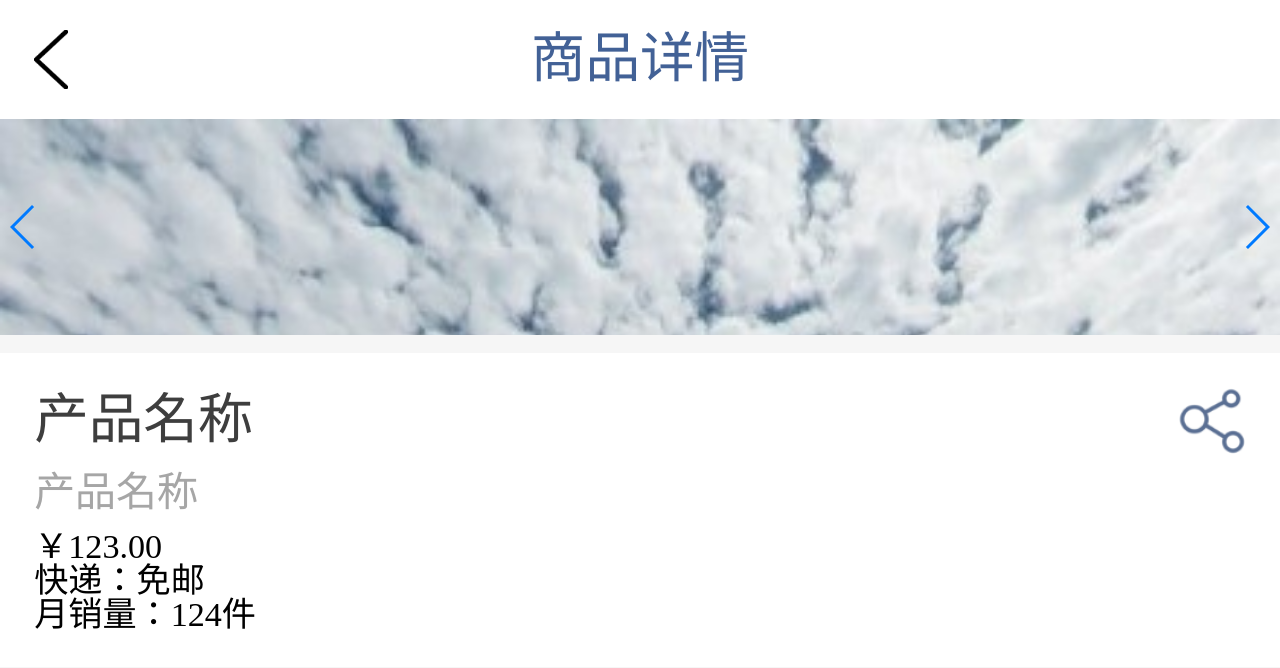
Repository: 421538074/sell
Page: consumer/goods-detail.html
An editor plug-in stored every save of this project. The page is shown before and after the next save, followed by the edit.
The browser window is 1280 px wide. The pictures show the whole page.

Above is the page before, as saved 2019-05-30 10:38:53.

### consumer/goods-detail.html
<!DOCTYPE html>
<html lang="en">

<head>
    <meta charset="UTF-8">
    <meta name="viewport" content="width=device-width, initial-scale=1.0">
    <meta http-equiv="X-UA-Compatible" content="ie=edge">
    <title>商品详情</title>
    <link rel="stylesheet" href="../css/base.css">
    <link rel="stylesheet" href="css/common.css">
    <link rel="stylesheet" href="../css/swiper.min.css">
    <link rel="stylesheet" href="css/goods-detail.css">
</head>

<body>
    <div id="app" class="content">
        <nav class="nav-bar-wrapper">
            <img src="../img/back.png" class="back-icon">
            <p class="nav-bar-title">商品详情</p>
        </nav>
        <div class="goods-pictures-wrapper">
            <div class="swiper-container ">
                <div class="swiper-wrapper">
                    <div class="swiper-slide" v-for="item in 5">
                        <img src="../img/1.jpg" class="slide-img" alt="">
                    </div>
                </div>
                <div class="swiper-button-next"></div>
                <div class="swiper-button-prev"></div>
            </div>
        </div>
        <div class="goods-detail-wrapper">
            <p class="main-title-wrapper">
                <span class="goods-title">产品名称</span>
                <img src="../img/share-icon.png" class="share-action-icon">
            </p>
            <p class="goods-title-desc">产品名称</p>
            <div class="goods-price-delivery">
                <p class="goods-price">￥123.00</p>
                <p class="delivery-fee">快递：免邮</p>
                <p class="sell-counts-month">月销量：124件</p>
            </div>
        </div>
    </div>
    <script src="../js/api.js"></script>
    <script src="../js/vue.js"></script>
    <script src="../js/swiper.min.js"></script>
    <script src="js/vue-mixin.js"></script>
    <script src="js/goods-detail.js"></script>
</body>

</html>

### css/base.css
/* http://meyerweb.com/eric/tools/css/reset/
   v2.0 | 20110126
   License: none (public domain)
*/

html,
body,
div,
span,
applet,
object,
iframe,
h1,
h2,
h3,
h4,
h5,
h6,
p,
blockquote,
pre,
a,
abbr,
acronym,
address,
big,
cite,
code,
del,
dfn,
em,
img,
ins,
kbd,
q,
s,
samp,
small,
strike,
strong,
sub,
sup,
tt,
var,
b,
u,
i,
center,
dl,
dt,
dd,
ol,
ul,
li,
fieldset,
form,
label,
legend,
table,
caption,
tbody,
tfoot,
thead,
tr,
th,
td,
article,
aside,
canvas,
details,
embed,
figure,
figcaption,
footer,
header,
hgroup,
menu,
nav,
output,
ruby,
section,
summary,
time,
mark,
audio,
video {
    margin: 0;
    padding: 0;
    border: 0;
    font-size: 100%;
    font: inherit;
    vertical-align: baseline;
}

/* HTML5 display-role reset for older browsers */
article,
aside,
details,
figcaption,
figure,
footer,
header,
hgroup,
menu,
nav,
section {
    display: block;
}

body {
    line-height: 1;
}

ol,
ul {
    list-style: none;
}

blockquote,
q {
    quotes: none;
}

blockquote:before,
blockquote:after,
q:before,
q:after {
    content: '';
    content: none;
}

table {
    border-collapse: collapse;
    border-spacing: 0;
}


body,
html {
    font-size: calc(100vw / 37.5);
    font-family: PingFangSC-Medium;
    background: #F2F2F2;
}


[v-cloak] {
    display: none;
}


hr {
    margin: 0;
    padding: 0;
}

.clearfix {
    zoom: 1;
}

.clearfix:after {
    content: ".";
    display: block;
    visibility: hidden;
    height: 0;
    clear: both;
}

[v-cloak] {
    display: none;
}

### consumer/css/common.css
*{
    box-sizing: border-box;
}
html,body{
    background: #f6f6f6;
}
html,body,div.content{
    height: 100%;
}
/*底部菜单栏*/
nav.tool-bar-wrapper {
    height: 3rem;
    background: #ffffff;
    display: flex;
    align-items: center;
    justify-content: space-around;
}
a.nav-item {
    color: #888888;
    text-decoration: none;
    font-size: 1.5rem;
    display: flex;
    flex-direction: column;
    align-items: center;
    justify-content: space-around;
    height: 90%;
}
a.nav-item.active{
    color: #0093FF;
}
img.nav-item-icon{
    width: 1.5rem;
    height: 1.5rem;
}
.ellipsis{
    overflow: hidden;
    white-space: nowrap;
    text-overflow: ellipsis;
}
/*顶部返回栏 */
nav.nav-bar-wrapper {
    background: #FFFFFF;
    height: 3.5rem;
    display: flex;
    align-items: center;
    justify-content: space-around;
    position: relative;
    font-size: 1.6rem;
    color: #426196;
}
img.back-icon {
    position: absolute;
    width: 1rem;
    left: 1rem;
}

### consumer/css/goods-detail.css
.goods-pictures-wrapper ,.swiper-container{
    max-height: 30vh;
    overflow: hidden;
}
img.slide-img{
    width: 100%;
    height: 100%;
}
.swiper-button-next, .swiper-button-prev,
.swiper-button-prev, .swiper-container-rtl .swiper-button-next{
    outline: 0;
}
.goods-detail-wrapper {
    margin-top: 0.5rem;
    background: #ffffff;
    padding: 1rem;
}
p.main-title-wrapper {
    color: #3E3E3E;
    font-size: 1.6rem;
    display: flex;
    align-items: center;
    justify-content: space-between;
}
img.share-action-icon {
    width: 2rem;
}
p.goods-title-desc {
    font-size: 1.2rem;
    color: #A6A6A6;
    padding: 0.5rem 0;
}

### js/api.js



// window.warn = {
//     alert: function alert(msg) {
//         var template = `
// `
//         $('body').append(template);
//         $('.alert-body').animate({
//             top: "40px"
//         }, 200);
//         // setTimeout(function () {
//         //     warn.close();
//         // }, 1500);
//     },
//     close: function close() {
//         $('.alert-body').animate({
//             top: "-280px"
//         }, 200);
//         setTimeout(function () {
//             $('#alert-msg').remove();
//         }, 200);
//     }
// };

### consumer/js/vue-mixin.js
Vue.mixin({
    methods: {
        /**
         * 返回
         */
        back() {
            history.go(-1);
        },
        /**
         * 限制长度
         * @param {String} 要限制长度的字段
         * @param {Number} 长度
         */
        limitLength(key, length) {
            this[key] = this[key].substring(0, length);
        },
        /**
         * 验证11位手机号
         * @param {Number} phone
         */
        validatePhone(phone) {
            const phoneReg = /^[1-9][0-9]{9}[0-9]$/;
            return phoneReg.test(phone);
        },
        /**
         * 发送手机验证码
         * @param {Number} waitTimeKey 等待时间键名
         * @param {String} tipsKey 发送验证码显示的信息的键名
         * @param {String} phoneKey 手机号键名
         * @param {String} reSendMsg  按钮默认显示的文字
         */
        sendCode(waitTimeKey, tipsKey, phoneKey, defaultMsg) {
            if (!this.validatePhone(this[phoneKey])) {
                alert('无效手机号!');
                return;
            }
            if (this[waitTimeKey] == 60) {
                $.post('', {
                        phone: this[phoneKey]
                    }, (res) => {
                        if (res.status == 1) {
                            const interval = setInterval(() => {
                                if (this[waitTimeKey] == 1) {
                                    this[waitTimeKey] = 60;
                                    this[tipsKey] = defaultMsg;
                                    clearInterval(interval);
                                    return;
                                }
                                this[waitTimeKey] -= 1;
                                this[tipsKey] = `${this[waitTimeKey]}s`;
                            }, 1000);
                        } else {
                            alert('发送失败!');
                        }
                    }, 'json')
                    .fail(err => {
                        alert('服务器异常!');
                    });
            }
        },
        /**
         * 链接跳转
         * @param {String} url
         */
        linkTo(url) {
            window.location.href = url;
        }
    },
    filters: {

    }
})

### consumer/js/goods-detail.js
new Vue({
    el: '#app',
    data() {
        return {

        }
    },
    methods: {
        initSwiper() {
            new Swiper('.swiper-container', {
                slidesPerView: 1,
                spaceBetween: 30,
                loop: true,
                autoplay:true,
                navigation: {
                    nextEl: '.swiper-button-next',
                    prevEl: '.swiper-button-prev',
                },
            });
        }
    },
    mounted() {
        this.$nextTick(() => {
            this.initSwiper();
        });
    },
});

Loaded but not shown: css/swiper.min.css (library); js/vue.js (library); js/swiper.min.js (library)

After the next save:
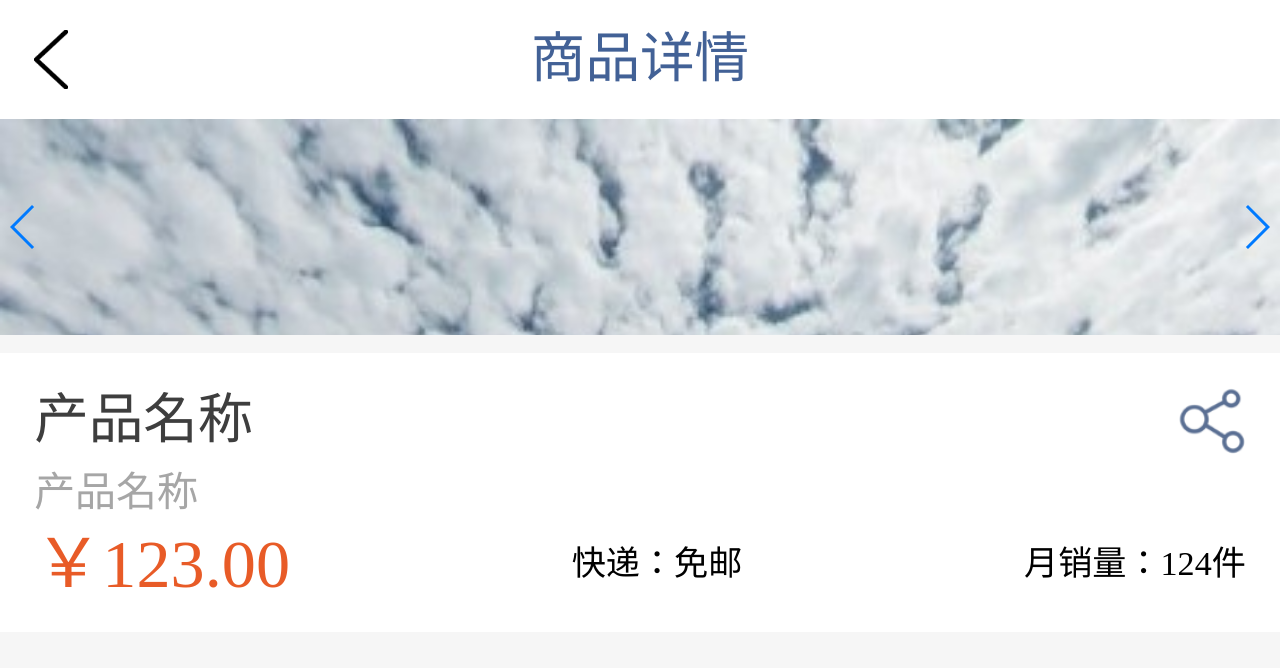
Saved 54 s later.
--- a/consumer/css/goods-detail.css
+++ b/consumer/css/goods-detail.css
@@ -30,3 +30,12 @@ p.goods-title-desc {
     color: #A6A6A6;
     padding: 0.5rem 0;
 }
+.goods-price-delivery {
+    display: flex;
+    align-items: center;
+    justify-content: space-between;
+}
+p.goods-price {
+    color: #E85B27;
+    font-size: 2rem;
+}
